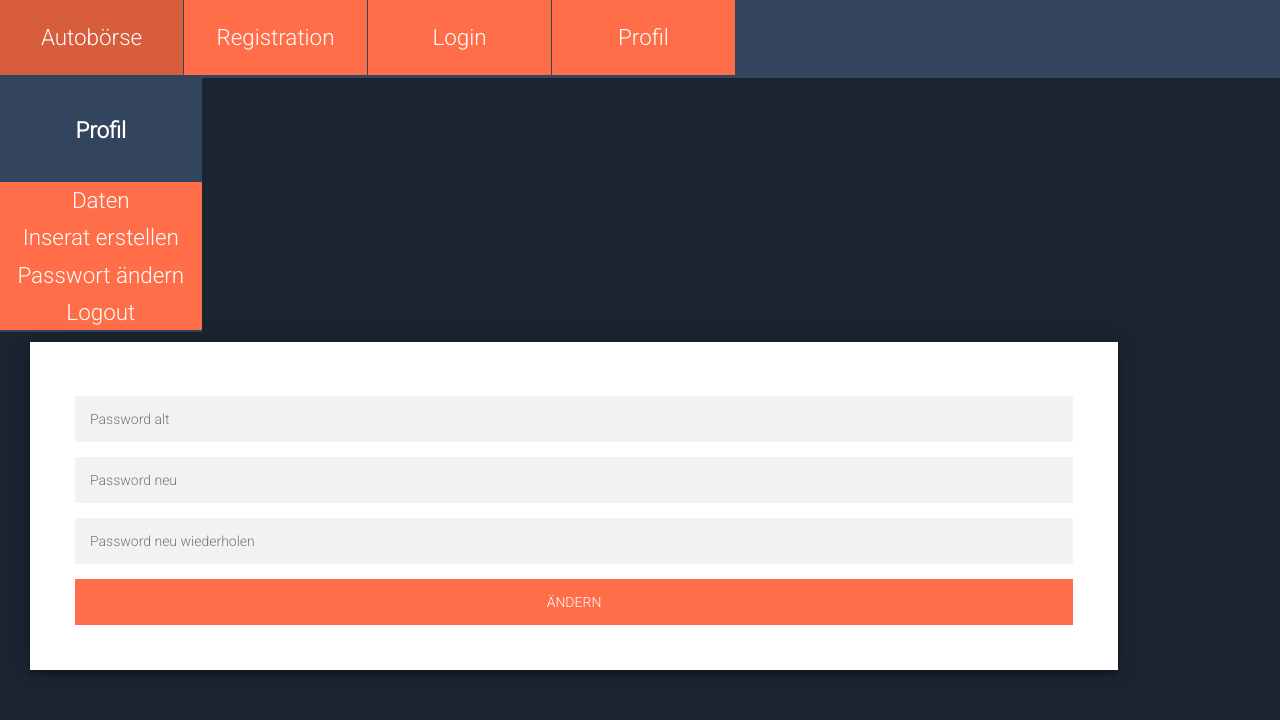
Repository: Turkelten/CarAdminstration
Page: http://localhost/Autobörse/userPasswortAendern.jsp
These files come from the project's save history. The page is drawn as it stood at one moment and after the next save; the edit follows.
The browser window is 1280 px wide. The pictures show the whole page.
The page is served by Tomcat 9.

Above is the page before, as saved 2020-07-19 20:54:38.

After the next save:
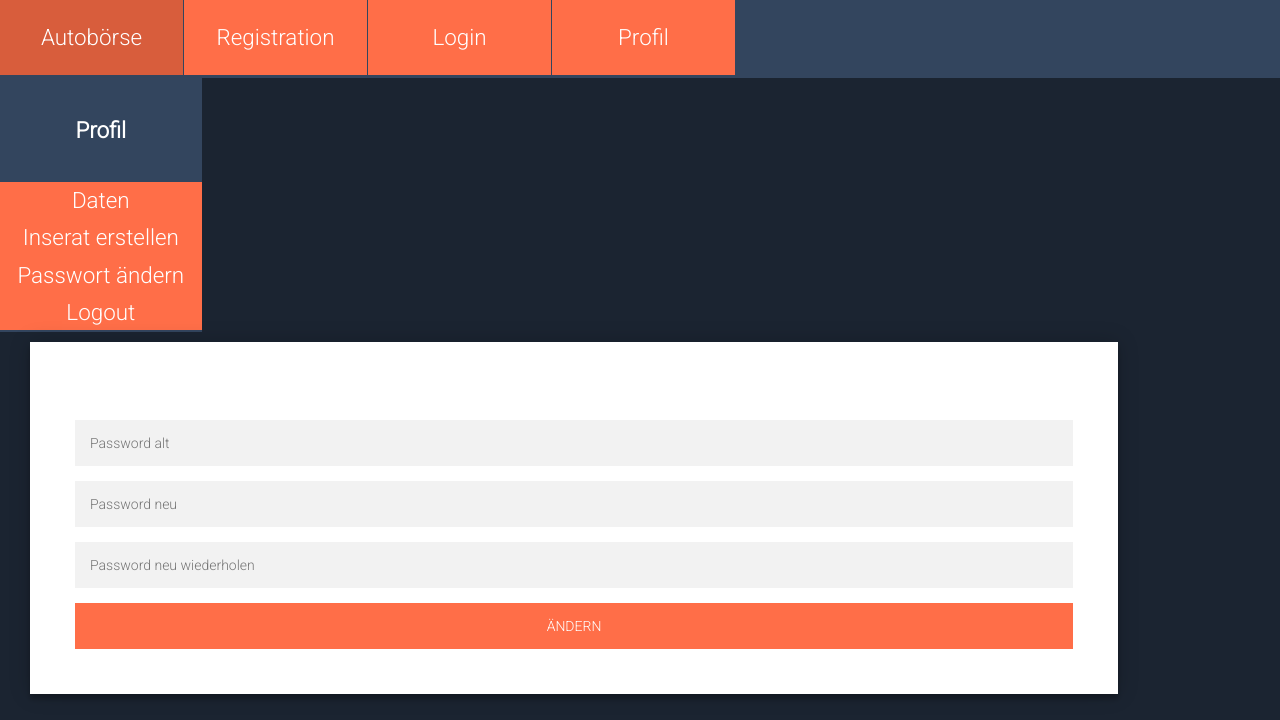
Saved 21 s later.
--- a/Autobörse/WebContent/userPasswortAendern.jsp
+++ b/Autobörse/WebContent/userPasswortAendern.jsp
@@ -16,7 +16,7 @@
 			<div class="user-page">
 				  <div class="userform">
 					<form class="login-form" method="post" action="RegistrationServlet">
-						<label>Passwort Ändern</label>
+						<h2>Passwort Ändern</h2>
 				      	<input type="password" placeholder="Password alt" name="passwordneu"/>
 				      	<input type="password" placeholder="Password neu" name="passwordalt1"/>
 				      	<input type="password" placeholder="Password neu wiederholen" name="passwordalt2"/>
